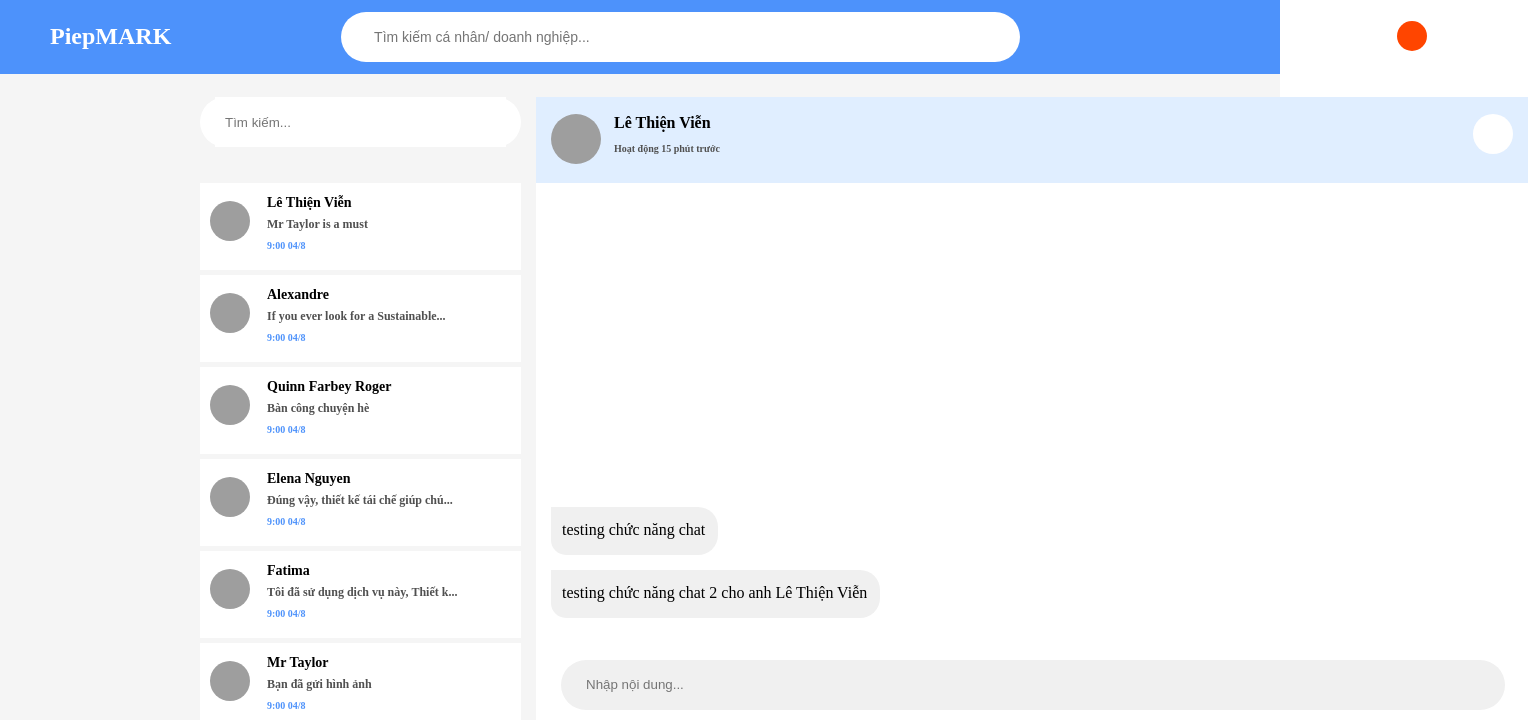
Repository: Jackietruong2805/th-c-t-p
Page: /chatbox/1 (app in vue-laravel-boilerplate/)
The author's editor kept a copy of each file at every save. The page is drawn from the files as they stood at one save, then again after the next save.
The browser window is 1280 px wide. The page is 1528 px wide, so the pictures cover 1528 px, including what lies to the right of the window. The pictures show the whole page.
Pictures or frames that could not be fetched are drawn as grey boxes. The project was rebuilt for these pictures with package versions that can differ from the ones it lists, and the page was loaded fresh each time. Also part of the build but not shown: vue-laravel-boilerplate/vite.config.ts, vue-laravel-boilerplate/src/components/DemoComponent.vue.

Above is the page before, as saved 2022-08-26 17:34:27.

After the next save:
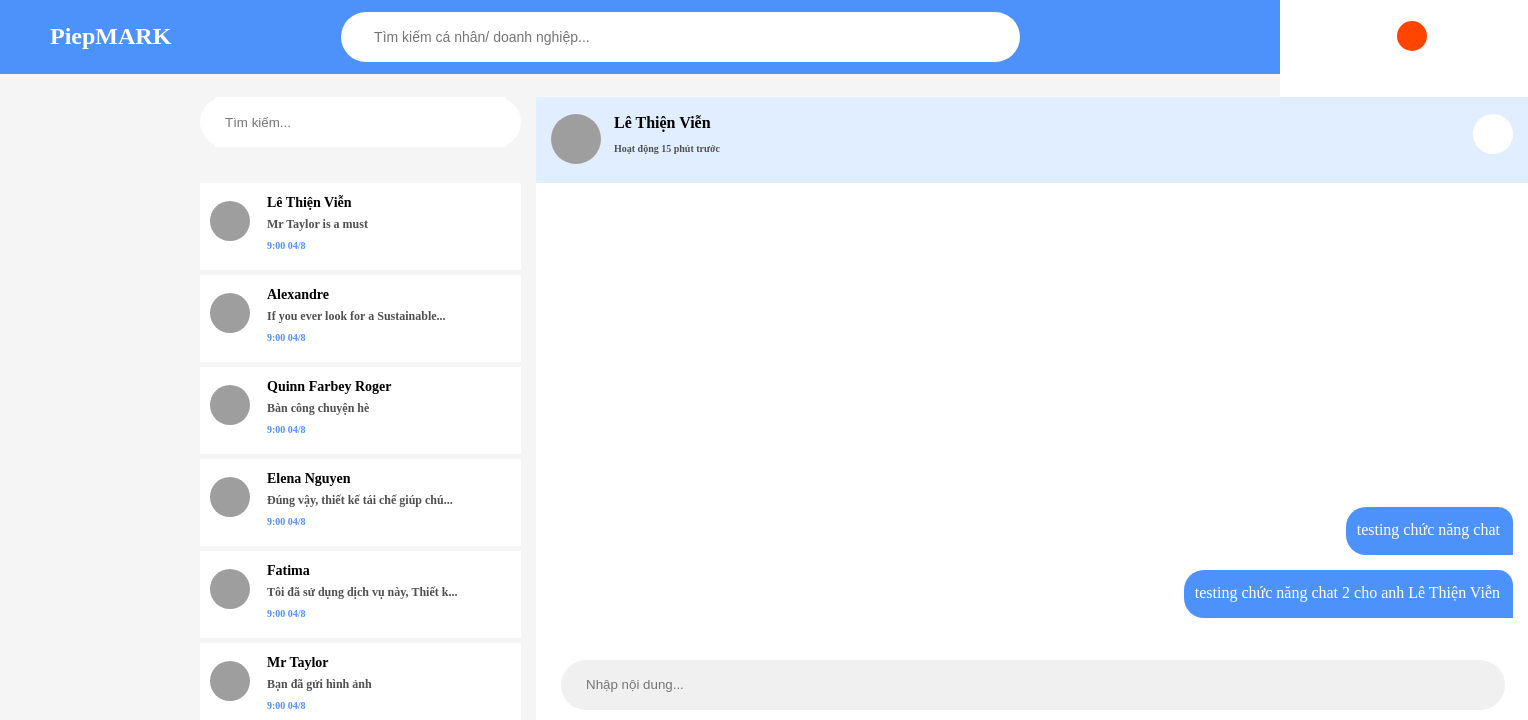
Saved 15 s later.
--- a/vue-laravel-boilerplate/src/components/ChatMessage.vue
+++ b/vue-laravel-boilerplate/src/components/ChatMessage.vue
@@ -39,7 +39,7 @@
 
 const myId = Math.random();
 
-let isMineChat = false;
+let isMineChat = true;
 
 console.log(checkColor);
 </script>

After the save that followed:
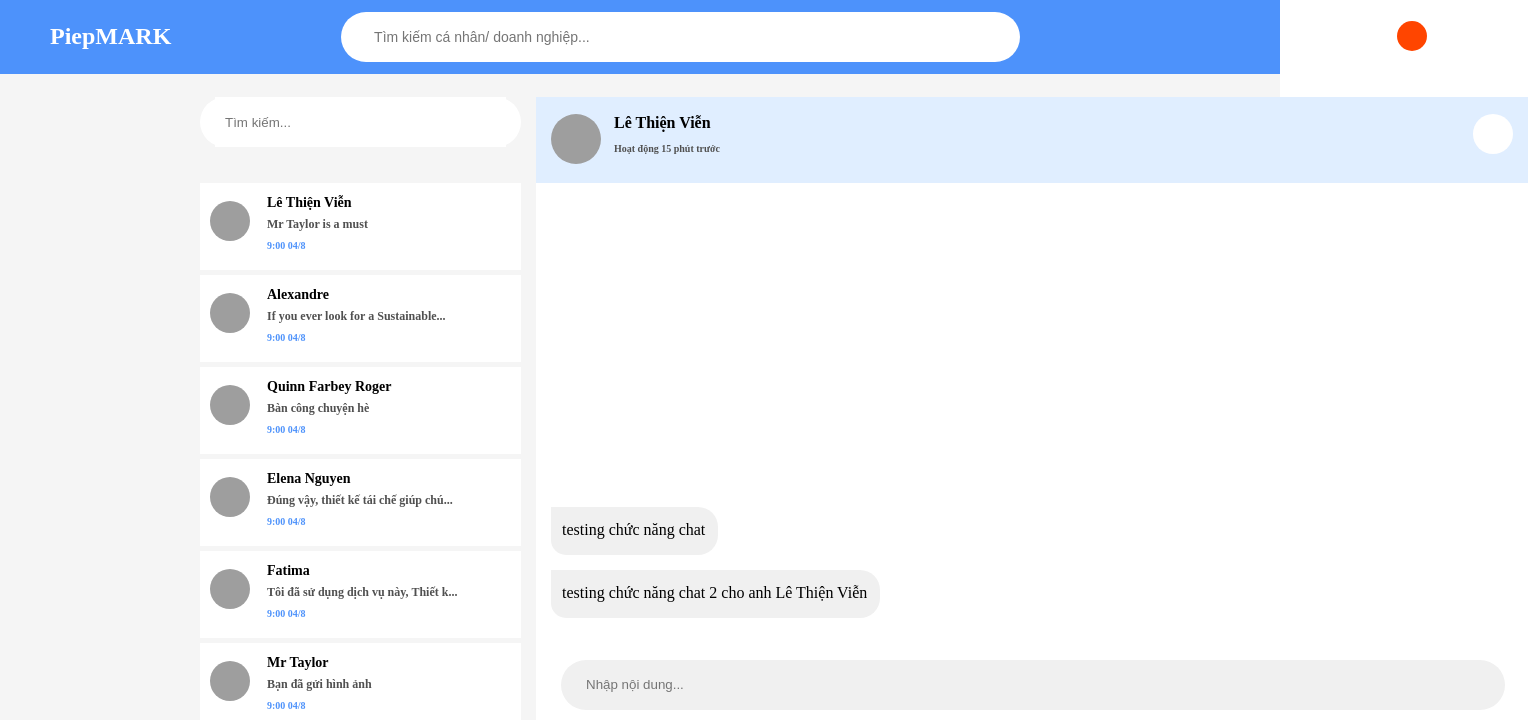
Saved 16 s later.
--- a/vue-laravel-boilerplate/src/components/ChatMessage.vue
+++ b/vue-laravel-boilerplate/src/components/ChatMessage.vue
@@ -39,7 +39,7 @@
 
 const myId = Math.random();
 
-let isMineChat = true;
+let isMineChat = false;
 
 console.log(checkColor);
 </script>
